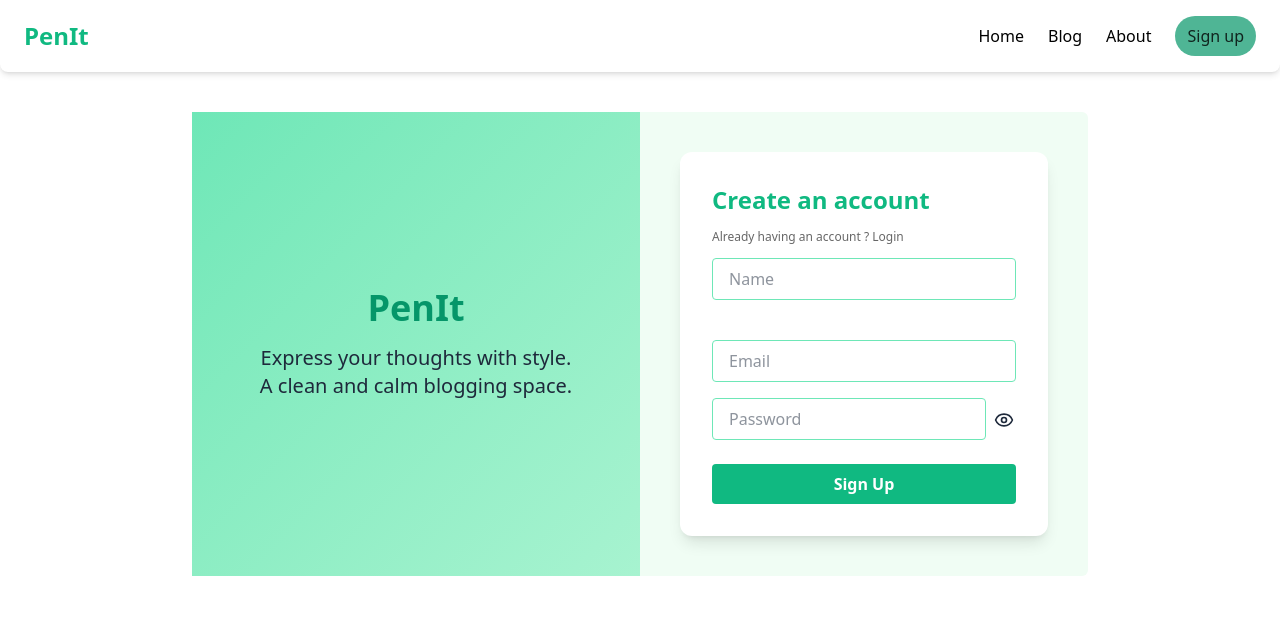
Repository: Mounika-chukkala/PenIt
Page: /signup (app in frontend/)
The author's editor kept a copy of each file at every save. The page is drawn from the files as they stood at one save, then again after the next save.
The browser window is 1280 px wide. The pictures show the whole page.
The project was rebuilt for these pictures with package versions that can differ from the ones it lists, and the page was loaded fresh each time. Also part of the build but not shown: frontend/vite.config.js, frontend/src/Pages/Login.jsx, frontend/src/components/CreateBlog.jsx.

Above is the page before, as saved 2025-05-20 18:36:10.

### frontend/src/main.jsx
import { StrictMode } from 'react'
import { createRoot } from 'react-dom/client'
import './index.css'
import { Toaster } from 'react-hot-toast'
// import {BrowserRouter} from "react-router-dom"
import { BrowserRouter } from 'react-router-dom'
import App from './App.jsx'

createRoot(document.getElementById('root')).render(
  <StrictMode>
    <BrowserRouter>
    {/* <Toaster> */}

    <App />
    {/* </Toaster> */}
    </BrowserRouter>
  </StrictMode>,
)

### frontend/src/index.css
@import "tailwindcss";


/* :root {
  font-family: system-ui, Avenir, Helvetica, Arial, sans-serif;
  line-height: 1.5;
   font-weight: 400;

  color-scheme: light dark;
  color: rgba(255, 255, 255, 0.87);
  background-color: #242424;

  font-synthesis: none;
  text-rendering: optimizeLegibility;
  -webkit-font-smoothing: antialiased;
  -moz-osx-font-smoothing: grayscale;
}

a {
  font-weight: 500;
  color: #646cff;
  text-decoration: inherit;
}
a:hover {
  color: #535bf2;
}

body {
  margin: 0;
  display: flex;
  place-items: center;
  min-width: 320px;
  min-height: 100vh;
}

h1 {
  font-size: 3.2em;
  line-height: 1.1;
}

button {
  border-radius: 8px;
  border: 1px solid transparent;
  padding: 0.6em 1.2em;
  font-size: 1em;
  font-weight: 500;
  font-family: inherit;
  background-color: #1a1a1a;
  cursor: pointer;
  transition: border-color 0.25s;
}
button:hover {
  border-color: #646cff;
}
button:focus,
button:focus-visible {
  outline: 4px auto -webkit-focus-ring-color;
}

@media (prefers-color-scheme: light) {
  :root {
    color: #213547;
    background-color: #ffffff;
  }
  a:hover {
    color: #747bff;
  }
  button {
    background-color: #f9f9f9;
  }
} */

### frontend/src/App.jsx
import { useState } from 'react'
import { Route, Routes } from 'react-router-dom'
// import './App.css'
import Login from './Pages/Login'
import Signup from './Pages/Signup'
// import Navbar from './components/Navbar'
import Layout from "./Pages/Layout"
import CreateBlog from './components/CreateBlog'
function App() {

  return (
  <Routes>
    <Route path="/" element={<Layout/>}>
        <Route path="/signin" element={<Login/>}></Route>
    <Route path="/signup" element={<Signup/>}></Route>
    <Route path="/create-blog" element={<CreateBlog/>}></Route>
    {/* <Route path="/search-blog" element={}></Route> */}
    {/* <Route path="*" element={}></Route> */}
    </Route>

  </Routes>
  )
}

export default App

### frontend/src/Pages/Signup.jsx
import { useState } from "react";
import { Eye,EyeOff } from "lucide-react";
import toast from "react-hot-toast";
import { Link } from "react-router-dom";
function Signup() {
  const [userData, setUserData] = useState({
    name: "",
    email: "",
    password: "",
  });
const [isVisible,setVisible]=useState(false)
  async function handleSubmit() {
    console.log("hello")
    let data = await fetch("http://localhost:3000/api/v1/signup", {
      method: "POST",
      body: JSON.stringify(userData),
      headers: {
        "Content-Type": "application/json",
      },
    });

    let res = await data.json();
    console.log(res)
alert(res.message)
    if(!res.success){
        toast.error(res.message);

    }
    else{
        toast.success(res.message);
        localStorage.setItem("User",JSON.stringify(res.user));
    }
  }

  return (
        <div className="max-h-screen max-w-[70%] rounded-md m-auto mt-10 flex bg-[#F0FDF4] text-[#1E293B]">
      {/* Left side visual placeholder */}
      <div className="w-1/2 flex flex-col justify-center items-center p-10 bg-gradient-to-br from-[#6EE7B7] to-[#A7F3D0]">
        <h1 className="text-4xl font-bold text-[#059669] mb-4">PenIt</h1>
        <p className="text-xl text-[#1E293B] text-center">
          Express your thoughts with style.<br /> A clean and calm blogging space.
        </p>
      </div>

      {/* Right side sign up form */}
      <div className="w-1/2 flex justify-center items-center p-10">
        <div className="bg-white p-8 rounded-xl shadow-lg w-full max-w-md">
          <h2 className="text-2xl font-bold mb-3 text-[#10B981]">Create an account</h2>

<p className="text-[12px] text-black/60 mb-3">Already having an account ? <Link to="/login"><span className="">Login</span></Link></p>
          <input
            className="w-full mb-4 px-4 py-2 border border-[#6EE7B7] rounded focus:outline-none focus:ring-2 focus:ring-[#10B981]"
            type="text"
            placeholder="Name"
            onChange={(e) => setUserData({ ...userData, name: e.target.value })}
          />
          <input className=""/>
          <input
            className="w-full mb-4 px-4 py-2 border border-[#6EE7B7] rounded focus:outline-none focus:ring-2 focus:ring-[#10B981]"
            type="email"
            placeholder="Email"
            onChange={(e) => setUserData({ ...userData, email: e.target.value })}
          />
          {/* <input
            className="w-full mb-6 px-4 py-2 border border-[#6EE7B7] rounded focus:outline-none focus:ring-2 focus:ring-[#10B981]"
            type="password"
            placeholder="Password"
            onChange={(e) => setUserData({ ...userData, password: e.target.value })}
          /> */}

                            <div className="w-full flex gap-2">
                       <input
                        className="w-[90%] mb-6 px-4 py-2 border border-[#6EE7B7] rounded focus:outline-none focus:ring-2 focus:ring-[#10B981]"
                        type={isVisible?"text":"password" }
                        placeholder="Password"
                        onChange={(e) => setUserData({ ...userData, password: e.target.value })}
                      />
                       <div  className="pt-3" onClick={()=>setVisible(!isVisible)}>
             {isVisible ? <EyeOff size={20} /> : <Eye size={20} />}
                       </div>
                       </div>
          <button
            onClick={handleSubmit}
            className="w-full bg-[#10B981] hover:bg-[#059669] text-white py-2 rounded font-semibold transition duration-200"
          >
            Sign Up
          </button>
        </div>
      </div>
    </div>

  );
}

export default Signup;

### frontend/src/Pages/Layout.jsx
import { Outlet } from 'react-router-dom'
import Navbar from '../components/Navbar'

export default function Layout() {
  return (
    <>
      <Navbar />
      <Outlet />
    </>
  )
}

### frontend/src/components/Navbar.jsx
import React, { useEffect, useState } from "react";
import { Link } from "react-router-dom";

export default function Navbar() {
  const [isLogged, setLogged] = useState(false);
  const item = localStorage.getItem("User");
  useEffect(()=>{
  if (item!=null) {
    setLogged(true);
  }
},isLogged)
  return (
    <nav className="bg-white shadow-md px-6 py-4 flex justify-between items-center rounded-b-lg">
      <h1 className="text-2xl font-bold text-[#10B981]">PenIt</h1>
      <ul className="flex space-x-6 font-medium">
        <li className="hover:text-[#059669] pt-2 cursor-pointer">Home</li>
        <li className="hover:text-[#059669] pt-2 cursor-pointer">Blog</li>
        <li className="hover:text-[#059669] pt-2 cursor-pointer">About</li>
        <Link to="/signup">
        <li className="bg-[#059669]/70 rounded-3xl px-3 py-2 text-black/80 transform hover:scale-120 transition duration-300 ease-in-out  hover:text-white cursor-pointer">
{isLogged?"Log out":"Sign up"}
          </li>
        </Link>
      </ul>
    </nav>
  );
}

Loaded but not shown: frontend/index.html (common file)

After the next save:
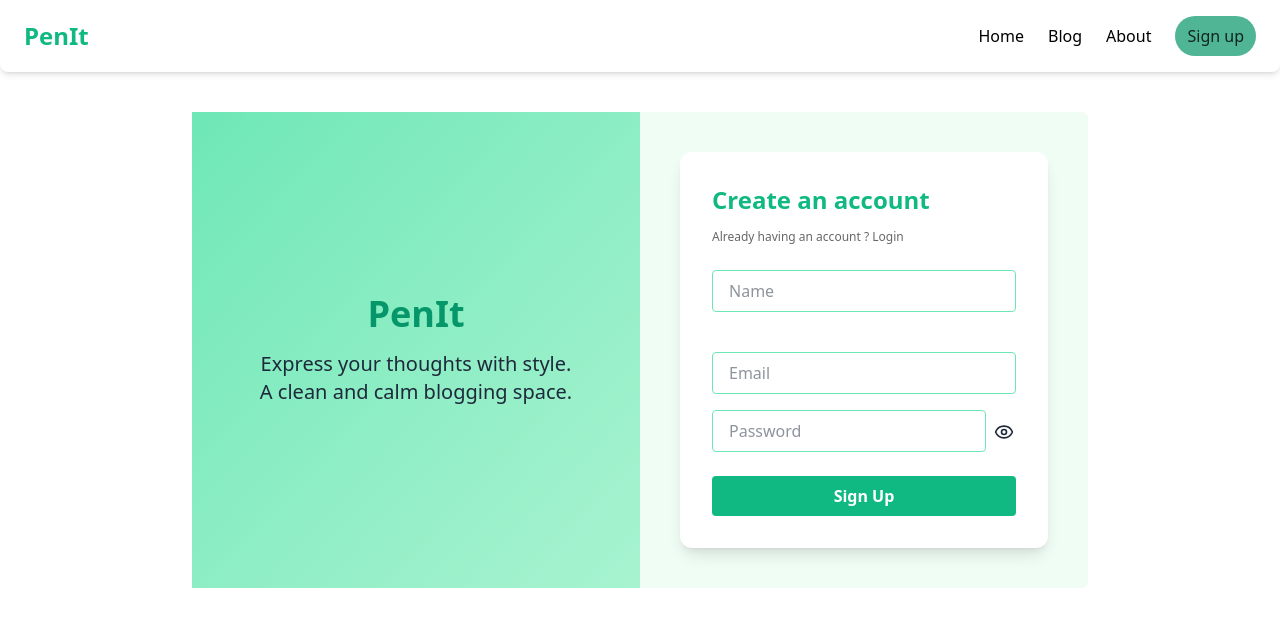
Saved 41 s later.
--- a/frontend/src/Pages/Signup.jsx
+++ b/frontend/src/Pages/Signup.jsx
@@ -47,7 +47,7 @@ alert(res.message)
         <div className="bg-white p-8 rounded-xl shadow-lg w-full max-w-md">
           <h2 className="text-2xl font-bold mb-3 text-[#10B981]">Create an account</h2>
 
-<p className="text-[12px] text-black/60 mb-3">Already having an account ? <Link to="/login"><span className="">Login</span></Link></p>
+<p className="text-[12px] text-black/60 mb-6">Already having an account ? <Link to="/login"><span className="">Login</span></Link></p>
           <input
             className="w-full mb-4 px-4 py-2 border border-[#6EE7B7] rounded focus:outline-none focus:ring-2 focus:ring-[#10B981]"
             type="text"
